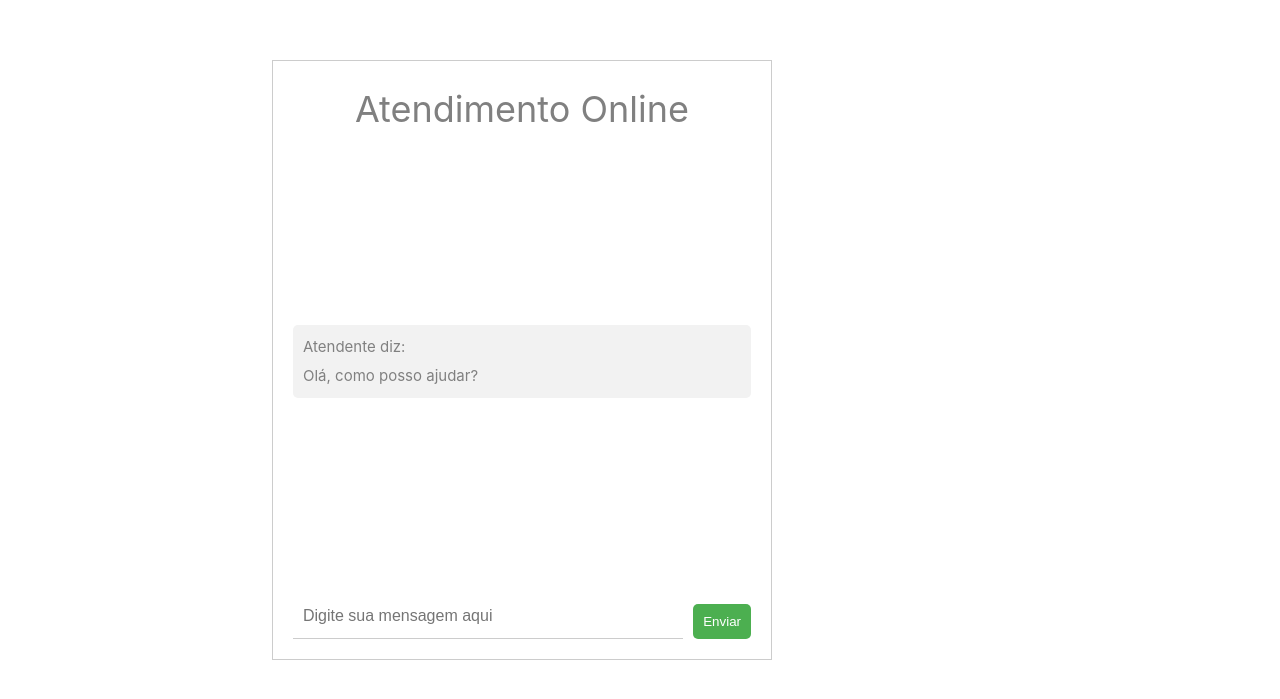
Repository: GabrielGuinzani/vueChat
Page: /
These files come from the project's save history. The page is drawn as it stood at one moment and after the next save; the edit follows.
The browser window is 1280 px wide. The pictures show the whole page.
Some web libraries are served in a nearby version. The project was rebuilt for these pictures with package versions that can differ from the ones it lists, and the page was loaded fresh each time. Also part of the build but not shown: vite.config.js.

Above is the page before, as saved 2023-04-18 21:21:35.

### index.html
<!-- <!DOCTYPE html>
<html lang="en">
  <head>
    <meta charset="UTF-8">
    <link rel="icon" href="/favicon.ico">
    <meta name="viewport" content="width=device-width, initial-scale=1.0">
    <title>Vite App</title>
  </head>
  <body>
    <div id="app"></div>
    <script type="module" src="/src/main.js"></script>
  </body>
</html> -->


<!-- <!DOCTYPE html>
<html lang="PT-BR">
<head>
  <meta charset="UTF-8">
  <title>Vue Chat App</title>
  <script src="https://unpkg.com/vue@3.2.6/dist/vue.global.js"></script>
</head>
<body>
  <div id="app">
    <chat></chat>
  </div>

  <script type="module" src="/src/main.js"></script>
</body>
</html> -->
<!DOCTYPE html>
<html lang="pt-br">
<head>
  <meta charset="UTF-8">
  <title>Vue Chat App</title>
  <script src="https://unpkg.com/vue@3.2.6/dist/vue.global.js"></script>
</head>
<body>
  <div id="app">
  </div>

  <script type="module" src="/src/main.js"></script>
</body>
</html>

### src/App.vue
<!-- <script setup>
import HelloWorld from './components/HelloWorld.vue'
import TheWelcome from './components/TheWelcome.vue'
</script>

<template>
  <header>
    <img alt="Vue logo" class="logo" src="./assets/logo.svg" width="125" height="125" />

    <div class="wrapper">
      <HelloWorld msg="You did it!" />
    </div>
  </header>

  <main>
    <TheWelcome />
  </main>
</template>

<style scoped>
header {
  line-height: 1.5;
}

.logo {
  display: block;
  margin: 0 auto 2rem;
}

@media (min-width: 1024px) {
  header {
    display: flex;
    place-items: center;
    padding-right: calc(var(--section-gap) / 2);
  }

  .logo {
    margin: 0 2rem 0 0;
  }

  header .wrapper {
    display: flex;
    place-items: flex-start;
    flex-wrap: wrap;
  }
}
</style> -->


<template>
  <div id="chat-screen">
    <div class="titulo">
      <h2>Atendimento Online</h2>
    </div>
    <div class="messages-list" id="conversa">

  </div>
  <div class="message-item">
      <div class="msg-user"><strong>Atendente diz:</strong></div>
      <div class="msg-chat">Olá, como posso ajudar?</div>
    </div>
    <div class="messages-list" ref="messagesList">
      <div v-for="(message, index) in messages" :key="index" :class="[message.type === 'user' ? 'message-item2' : 'message-item']">
        <div class="msg-user" v-if="message.type === 'user'"><strong>{{ message.author }} diz:</strong></div>
        <div class="msg-chat">{{ message.text }}</div>
      </div>
    </div>
    <form id="form-chat-send" @submit.prevent="sendMessage">
      <input id="message" type="text" class="typebar" v-model="messageText" placeholder="Digite sua mensagem aqui">
      <button type="submit" class="botao">Enviar</button>
    </form>
  </div>
</template>

<script>
export default {
  data() {
    return {
      messages: [],
      messageText: ''
    }
  },
  methods: {
    sendMessage() {
      const messageText = this.messageText.trim();
      if (messageText !== '') {
        this.messages.push({
          type: 'user',
          author: 'Você',
          text: messageText
        });
        this.messageText = '';
        this.$nextTick(() => {
          this.scrollToBottom();
        });
      }
    },
    scrollToBottom() {
      this.$refs.messagesList.scrollTop = this.$refs.messagesList.scrollHeight;
    }
  }
}
</script>

<style>
body {
  display: flex;
  justify-content: center;
  align-items: center;
  height: 600px;
}

#app {
  width: 800px;
  height: 600px;
}

#chat-screen {
  width: 500px;
  height: 600px;
  margin: 0 auto;
  border: 1px solid #ccc;
  background-color: #fff;
  padding: 20px;
  display: flex;
  flex-direction: column;
}

.titulo {
  text-align: center;
  font-size: 24px;
  margin-bottom: 20px;
  color: gray;
}

.messages-list {
  flex: 1;
  overflow-y: auto;
}

.message-item {
  background-color: #f2f2f2;
  border-radius: 5px;
  padding: 10px;
  margin-bottom: 10px;
  color: gray;
}

.message-item2 {
  background-color: #e6f7ff;
  border-radius: 5px;
  padding: 10px;
  margin-bottom: 10px;
  color: gray;
}

.msg-user {
  margin-bottom: 5px;
  color: gray;
}

.msg-chat {
  color: gray;
}

.typebar {
  width: 100%;
  padding: 10px;
  border: none;
  border-bottom: 1px solid #ccc;
  margin-right: 10px;
  font-size: 16px;
  color: gray;
}

.botao {
  background-color: #4CAF50;
  color: #fff;
  border: none;
  border-radius: 5px;
  padding: 10px;
  margin-top: 10px;
  cursor: pointer;
}


  .botao:hover {
    background-color: #0061a7;
    cursor: pointer;
  }

  #form-chat-send {
    display: flex;
    justify-content: center;
    margin-top: 20px;
  }
</style>

Loaded but not shown: src/main.js (common file); src/assets/main.css (common file); src/assets/base.css (common file)

After the next save:
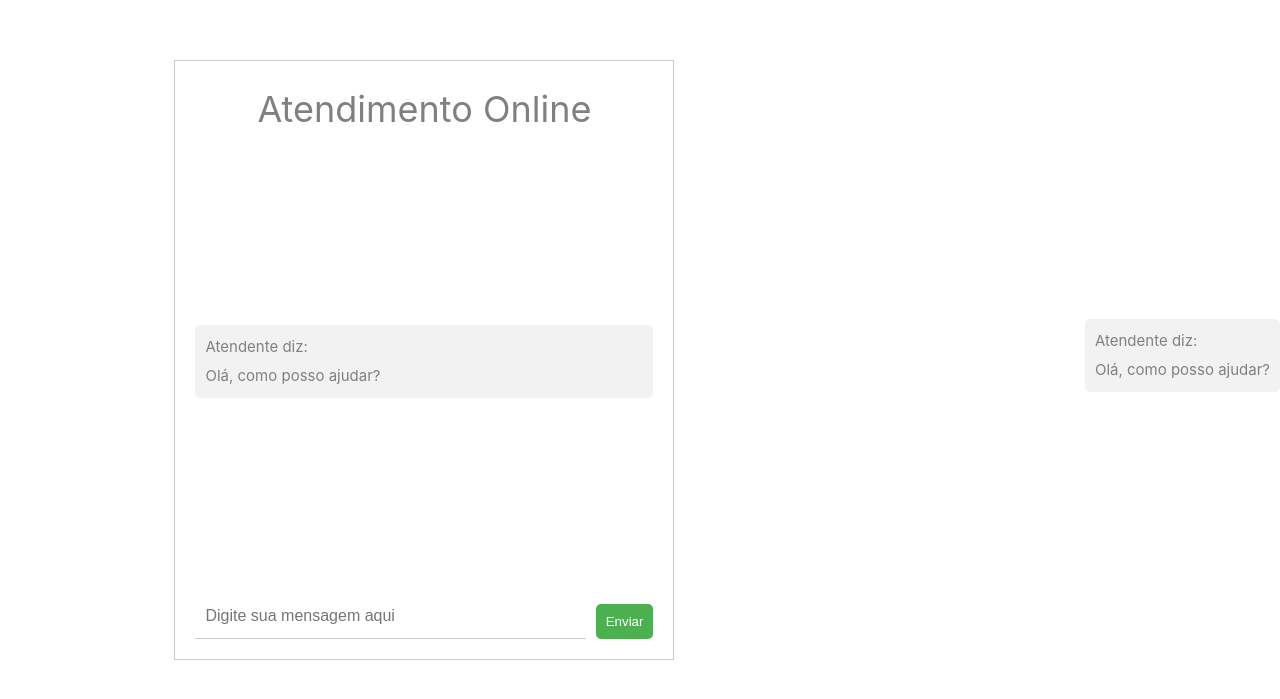
Saved 42 s later.
--- a/index.html
+++ b/index.html
@@ -38,7 +38,10 @@
 <body>
   <div id="app">
   </div>
-
+  <div class="message-item">
+    <div class="msg-user"><strong>Atendente diz:</strong></div>
+    <div class="msg-chat">Olá, como posso ajudar?</div>
+  </div>
   <script type="module" src="/src/main.js"></script>
 </body>
 </html>

After the 2 saves that followed:
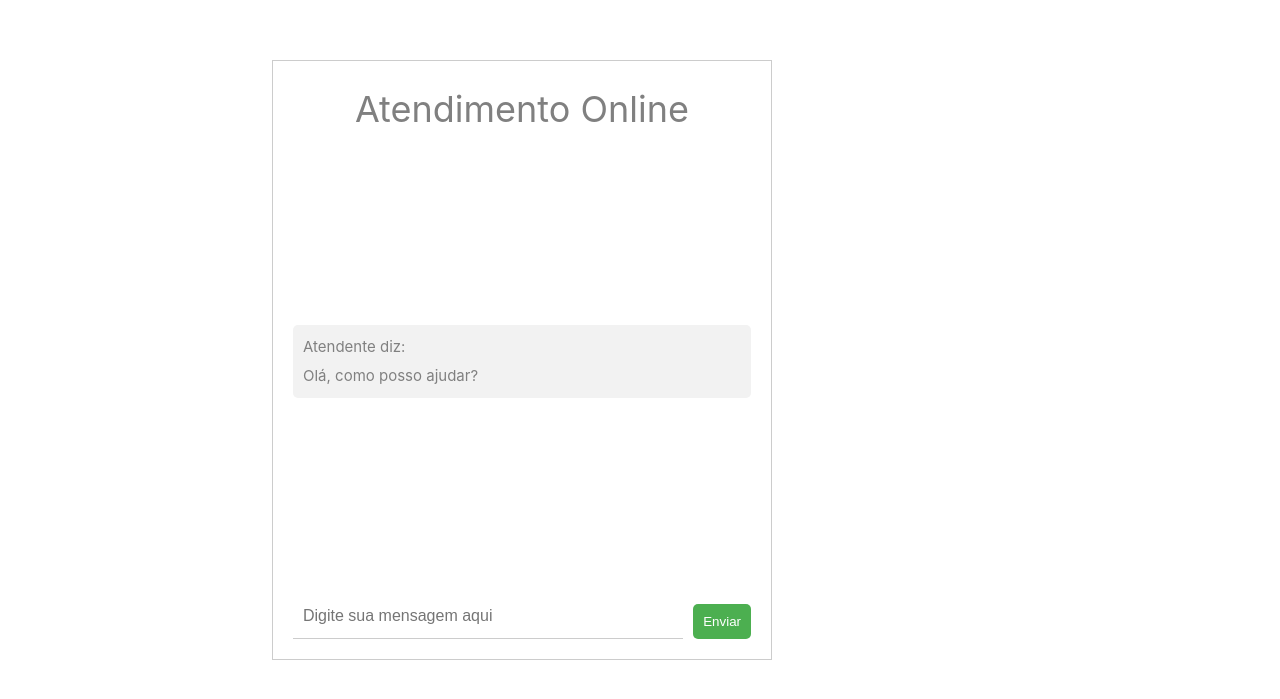
The 2 saves are shown as one change because they came seconds apart.
The last was saved 18 s later.
--- a/index.html
+++ b/index.html
@@ -38,10 +38,7 @@
 <body>
   <div id="app">
   </div>
-  <div class="message-item">
-    <div class="msg-user"><strong>Atendente diz:</strong></div>
-    <div class="msg-chat">Olá, como posso ajudar?</div>
-  </div>
+
   <script type="module" src="/src/main.js"></script>
 </body>
 </html>
